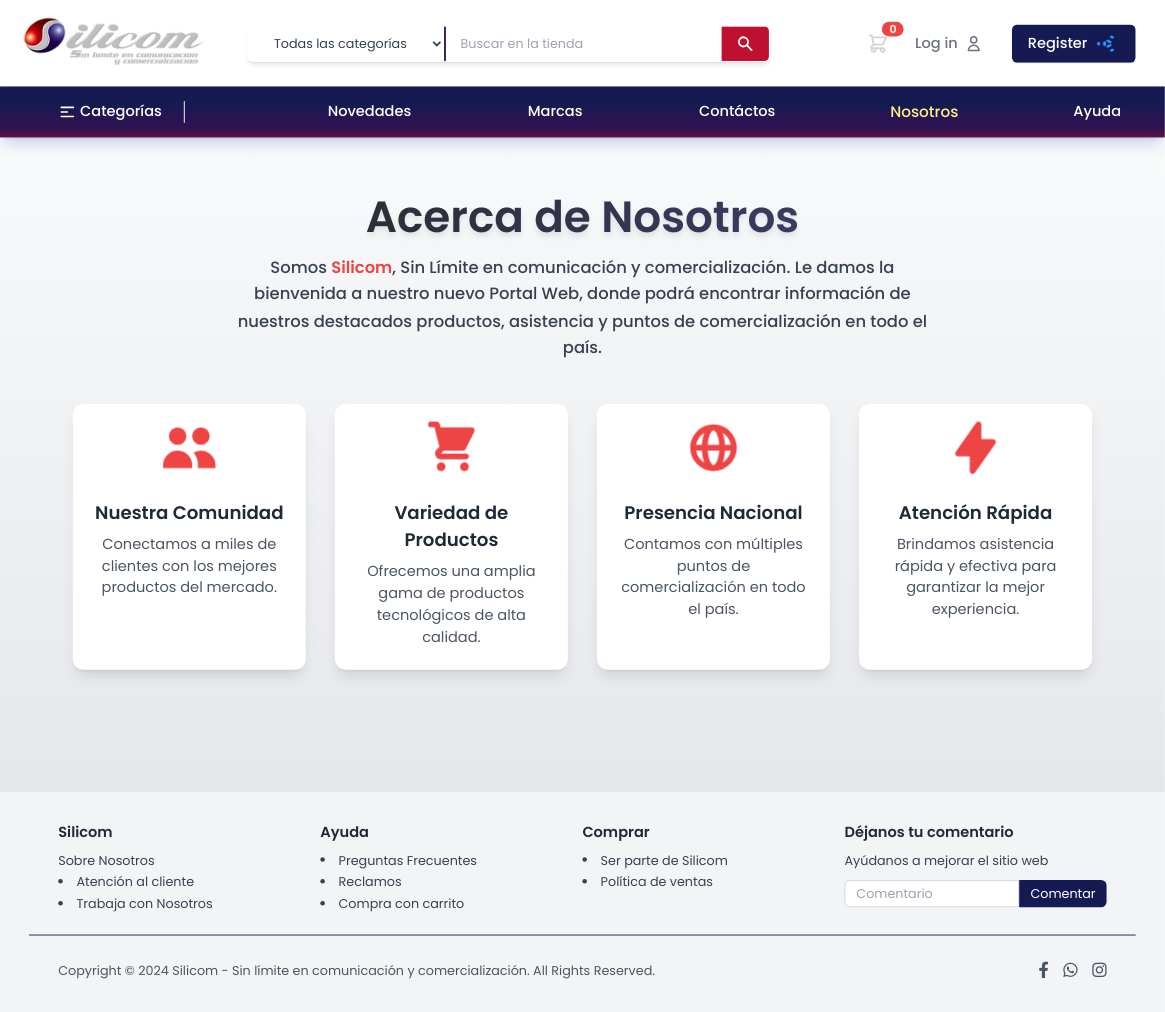
Repository: Francovg18/ecommerce
Page: /about
An editor plug-in stored every save of this project. The page is shown before and after the next save, followed by the edit.
The browser window is 1280 px wide. The pictures show the whole page, at 91% of full size.
The page's requests for data from a server got no answer. The project was rebuilt for these pictures with package versions that can differ from the ones it lists, and the page was loaded fresh each time. No one was signed in, and anything a server would have sent is missing. Also part of the build but not shown: src/components/home/Banner.js, src/components/home/ProductsArrival.js, src/components/home/ProductsSold.js, src/redux/actions/brands.js, src/components/home/Brand.js, src/components/home/Product.js, src/containers/Home.jsx, src/containers/errors/Error404.jsx and 40 more.

Above is the page before, as saved 2025-01-29 20:23:09.

### public/index.html
<!DOCTYPE html>
<html lang="en">
  <head>
    <meta charset="utf-8" />
    <link rel="icon" href="%PUBLIC_URL%/favicon.ico" />
    <meta name="viewport" content="width=device-width, initial-scale=1" />
    <meta name="theme-color" content="#000000" />
    <meta name="description" content="Web site created using create-react-app" />
    <link rel="apple-touch-icon" href="%PUBLIC_URL%/logo192.png" />
    <link href="https://fonts.googleapis.com/css2?family=Poppins:wght@400;500;600&display=swap" rel="stylesheet">
    <link
  rel="stylesheet"
  href="https://cdnjs.cloudflare.com/ajax/libs/font-awesome/6.0.0-beta3/css/all.min.css"
/>

    <!--
      manifest.json provides metadata used when your web app is installed on a
      user's mobile device or desktop. See https://developers.google.com/web/fundamentals/web-app-manifest/
    -->
    <link rel="manifest" href="%PUBLIC_URL%/manifest.json" />
    <!--
      Notice the use of %PUBLIC_URL% in the tags above.
      It will be replaced with the URL of the `public` folder during the build.
      Only files inside the `public` folder can be referenced from the HTML.

      Unlike "/favicon.ico" or "favicon.ico", "%PUBLIC_URL%/favicon.ico" will
      work correctly both with client-side routing and a non-root public URL.
      Learn how to configure a non-root public URL by running `npm run build`.
    -->
    <title>React App</title>
  </head>
  <body>
    <noscript>You need to enable JavaScript to run this app.</noscript>
    <div id="root"></div>
    <!--
      This HTML file is a template.
      If you open it directly in the browser, you will see an empty page.

      You can add webfonts, meta tags, or analytics to this file.
      The build step will place the bundled scripts into the <body> tag.

      To begin the development, run `npm start` or `yarn start`.
      To create a production bundle, use `npm run build` or `yarn build`.
    -->
  </body>
</html>

### src/index.js
import React from 'react';
import ReactDOM from 'react-dom/client';
import './style/index.css';
import App from './App';

const root = ReactDOM.createRoot(document.getElementById('root'));
root.render(
  <React.StrictMode>
    <App />
  </React.StrictMode>
);

### src/store.js
import { createStore, applyMiddleware } from 'redux';
import { composeWithDevTools } from '@redux-devtools/extension';
import { thunk } from 'redux-thunk';
import rootReducer from './redux/reducers';

const initialState = {};
const middleware = [thunk];
const store = createStore(
    rootReducer,
    initialState,
    composeWithDevTools(applyMiddleware(...middleware))
);

export default store;

### src/containers/pages/About.jsx
import React from 'react';
import Layout from '../../hocs/Layout';
import { UsersIcon, ShoppingCartIcon, GlobeAltIcon, LightningBoltIcon } from '@heroicons/react/solid';

function About() {
  return (
    <Layout>
      <div className="bg-gradient-to-b from-gray-50 to-gray-200 min-h-screen py-16 px-6 sm:px-12 lg:px-20">
        <div className="text-center max-w-3xl mx-auto">
          <h1 className="text-5xl font-extrabold bg-gradient-to-r from-black to-midnight-blue bg-clip-text text-transparent drop-shadow-lg animate-pulse">
            Acerca de Nosotros
          </h1>
          <p className="mt-4 text-lg text-gray-700 font-medium leading-relaxed animate-fade-in">
            Somos <span className="text-red-500 font-bold">Silicom</span>, Sin Límite en comunicación y comercialización. Le damos la bienvenida a nuestro nuevo Portal Web,
            donde podrá encontrar información de nuestros destacados productos, asistencia y puntos de comercialización en todo el país.
          </p>
        </div>

        <div className="mt-12 grid grid-cols-1 md:grid-cols-2 lg:grid-cols-4 gap-8">
          {[
            { icon: UsersIcon, title: "Nuestra Comunidad", text: "Conectamos a miles de clientes con los mejores productos del mercado." },
            { icon: ShoppingCartIcon, title: "Variedad de Productos", text: "Ofrecemos una amplia gama de productos tecnológicos de alta calidad." },
            { icon: GlobeAltIcon, title: "Presencia Nacional", text: "Contamos con múltiples puntos de comercialización en todo el país." },
            { icon: LightningBoltIcon, title: "Atención Rápida", text: "Brindamos asistencia rápida y efectiva para garantizar la mejor experiencia." }
          ].map((item, index) => (
            <div key={index} className="bg-white p-6 rounded-xl shadow-lg text-center transition-transform transform hover:scale-105 hover:shadow-2xl">
              <item.icon className="w-16 h-16 text-red-500 mx-auto animate-bounce" />
              <h3 className="text-xl font-semibold mt-4 text-gray-800">{item.title}</h3>
              <p className="text-gray-600 mt-2">{item.text}</p>
            </div>
          ))}
        </div>
      </div>
    </Layout>
  );
}

export default About;

### src/redux/reducers/index.js
import { combineReducers } from 'redux';
import Auth from './auth';
import Alert from './alert';
import Categories from './categories';
import Products from './products';
import Cart from './cart';
import Shipping from './shipping'
import Payment from './payment';
import Orders from './orders';
import Coupons from './coupons';
import Profile from './profile';
import Wishlist from './wishlist';
import Reviews from './reviews';
import Brands from './brands';
export default combineReducers({
    Auth,
    Alert,
    Categories,
    Products,
    Cart,
    Shipping,
    Payment,
    Orders,
    Coupons,
    Profile,
    Wishlist,
    Reviews,
    Brands
})

### src/hocs/Layout.js
import { ToastContainer } from 'react-toastify';
import 'react-toastify/dist/ReactToastify.css';
import { check_authenticated, load_user, refresh } from '../redux/actions/auth';
import {
    get_items,
    get_total,
    get_item_total
} from "../redux/actions/cart";

import {
    get_user_profile
} from "../redux/actions/profile";

import { useEffect } from 'react';
import { connect } from 'react-redux';
import Navbar from '../components/navigation/Navbar';
import Footer from '../components/navigation/Footer';

const Layout = (props) => {

    useEffect(() => {
        props.refresh()
        props.check_authenticated()
        props.load_user()
        props.get_items()
        props.get_total()
        props.get_item_total()
        props.get_user_profile()
    }, []);

    return(
        <div>
            <Navbar/>
            <ToastContainer autoClose={5000} />
            {props.children}
            <Footer/>
        </div>
    )
}


export default connect(null, {
    check_authenticated,
    load_user,
    refresh,
    get_items,
    get_total,
    get_item_total,
    get_user_profile
}) (Layout)

### src/redux/actions/categories.js
import axios from 'axios';
import {
    GET_CATEGORIES_SUCCESS,
    GET_CATEGORIES_FAIL,
} from './types';

export const get_categories = () => async dispatch => {
    const config = {
        headers: {
            'Accept': 'application/json'
        }
    };

    try {
        const res = await axios.get(`${process.env.REACT_APP_API_URL}/api/category/categories`, config);

        if (res.status >= 200 && res.status < 300) {
            dispatch({
                type: GET_CATEGORIES_SUCCESS,
                payload: res.data
            });
        } else {
            console.error('Error: Unexpected response status', res.status);
            dispatch({
                type: GET_CATEGORIES_FAIL
            });
        }
    } catch (err) {
        console.error('Error fetching categories:', err.message);
        dispatch({
            type: GET_CATEGORIES_FAIL
        });
    }
};

### src/redux/actions/alert.js
import{
    SET_ALERT,
    REMOVE_ALERT,
} from './types';

export const setAlert = (msg, alertType, timeout = 5000) => dispatch =>{
    dispatch({
        type: SET_ALERT,
        payload: {msg, alertType}
    });
    setTimeout(() => dispatch({ type: REMOVE_ALERT }), timeout);
}

### src/redux/reducers/alert.js
import {
    SET_ALERT,
    REMOVE_ALERT,
} from '../actions/types';

const initialState = {
    alert: null
};

export default function Alert(state = initialState, action) {
    const { type, payload } = action;

    switch(type) {
        case SET_ALERT:
            return {
                ...state,
                alert: payload
            };
        case REMOVE_ALERT:
            return {
                ...state,
                alert: null
            }
        default:
            return state
    };
}

### src/redux/reducers/categories.js
import {
    GET_CATEGORIES_SUCCESS,
    GET_CATEGORIES_FAIL
} from '../actions/types';

const initialState = {
    categories: null
};

export default function Categories(state = initialState, action) {
    const { type, payload } = action;

    switch(type) {
        case GET_CATEGORIES_SUCCESS:
            return {
                ...state,
                categories: payload.categories
            }
        case GET_CATEGORIES_FAIL:
            return {
                ...state,
                categories: null
            }
        default:
            return state
    }
}

### src/redux/reducers/shipping.js
import {
    GET_SHIPPING_OPTIONS_SUCCESS,
    GET_SHIPPING_OPTIONS_FAIL
} from '../actions/types';

const initialState = {
    shipping: null,
};

export default function Shipping(state = initialState, action) {
    const { type, payload } = action;

    switch(type) {
        case GET_SHIPPING_OPTIONS_SUCCESS:
            return {
                ...state,
                shipping: payload.shipping_options
            }
        case GET_SHIPPING_OPTIONS_FAIL:
            return {
                ...state,
                shipping: null
            }
        default:
            return state;
    }
};

### src/redux/reducers/orders.js
import {
    GET_ORDERS_SUCCESS,
    GET_ORDERS_FAIL,
    GET_ORDER_DETAIL_SUCCESS,
    GET_ORDER_DETAIL_FAIL
} from '../actions/types';

const initialState = {
    orders: null,
    order: null
};


export default function Orders(state = initialState, action) {
    const { type, payload } = action;

    switch(type) {
        case GET_ORDERS_SUCCESS:
            return {
                ...state,
                orders: payload.orders
            }
        case GET_ORDERS_FAIL:
            return {
                ...state,
                orders: []
            }
        case GET_ORDER_DETAIL_SUCCESS:
            return {
                ...state,
                order: payload.order
            }
        case GET_ORDER_DETAIL_FAIL:
            return {
                ...state,
                order: {}
            }
        default:
            return state;
    }
}

### src/redux/reducers/coupons.js
import {
    GET_COUPON_SUCCESS,
    GET_COUPON_FAIL,
} from '../actions/types';

const initialState = {
    coupon: null
};


export default function Coupons(state = initialState, action) {
    const { type, payload } = action;

    switch(type) {
        case GET_COUPON_SUCCESS:
            return {
                ...state,
                coupon: payload.coupon
            }
        case GET_COUPON_FAIL:
            return {
                ...state,
                coupon: null
            }
        default:
            return state;
    }
}

### src/redux/reducers/profile.js
import {
    GET_USER_PROFILE_SUCCESS,
    GET_USER_PROFILE_FAIL,
    UPDATE_USER_PROFILE_SUCCESS,
    UPDATE_USER_PROFILE_FAIL
} from '../actions/types';

const initialState = {
    profile: null
};

export default function Profile(state = initialState, action) {
    const { type, payload } = action;

    switch(type) {
        case GET_USER_PROFILE_SUCCESS:
            return {
                ...state,
                profile: payload.profile
            }
        case GET_USER_PROFILE_FAIL:
            return {
                ...state
            }
        case UPDATE_USER_PROFILE_SUCCESS:
            return {
                ...state,
                profile: payload.profile
            }
        case UPDATE_USER_PROFILE_FAIL:
            return {
                ...state
            }
        default:
            return state
    }
}

### src/redux/reducers/wishlist.js
import {
    GET_WISHLIST_ITEMS_SUCCESS,
    GET_WISHLIST_ITEMS_FAIL,
    ADD_WISHLIST_ITEM_SUCCESS,
    ADD_WISHLIST_ITEM_FAIL,
    GET_WISHLIST_ITEM_TOTAL_SUCCESS,
    GET_WISHLIST_ITEM_TOTAL_FAIL,
    REMOVE_WISHLIST_ITEM_SUCCESS,
    REMOVE_WISHLIST_ITEM_FAIL,
    CLEAR_WISHLIST,
} from '../actions/types';

const initialState = {
    items: null,
    total_items: 0
};

export default function Wishlist(state = initialState, action) {
    const { type, payload } = action;

    switch(type) {
        case GET_WISHLIST_ITEMS_SUCCESS:
            return {
                ...state,
                items: payload.wishlist
            }
        case GET_WISHLIST_ITEMS_FAIL:
            return {
                ...state,
            }
        case ADD_WISHLIST_ITEM_SUCCESS:
            return {
                ...state,
                items: payload.wishlist
            }
        case ADD_WISHLIST_ITEM_FAIL:
            return {
                ...state,
            }
        case GET_WISHLIST_ITEM_TOTAL_SUCCESS:
            return {
                ...state,
                total_items: payload.total_items
            }
        case GET_WISHLIST_ITEM_TOTAL_FAIL:
            return {
                ...state
            }
            case REMOVE_WISHLIST_ITEM_SUCCESS:
                return {
                    ...state,
                    items: state.items.filter(item => item.product_id !== payload)
                }

        case REMOVE_WISHLIST_ITEM_FAIL:
            return {
                ...state
            }
        case CLEAR_WISHLIST:
            return {
                ...state,
                items: [],
                total_items: 0
            }
        default:
            return state
    }
}

### src/redux/reducers/reviews.js
import {
    GET_REVIEWS_SUCCESS,
    GET_REVIEWS_FAIL,
    GET_REVIEW_SUCCESS,
    GET_REVIEW_FAIL,
    CREATE_REVIEW_SUCCESS,
    CREATE_REVIEW_FAIL,
    UPDATE_REVIEW_SUCCESS,
    UPDATE_REVIEW_FAIL,
    DELETE_REVIEW_SUCCESS,
    DELETE_REVIEW_FAIL,
    FILTER_REVIEWS_SUCCESS,
    FILTER_REVIEWS_FAIL,
} from '../actions/types';

const intitialState = {
    review: null,
    reviews: null
};

export default function Reviews(state = intitialState, action) {
    const { type, payload } = action;

    switch(type) {
        case GET_REVIEWS_SUCCESS:
            return {
                ...state,
                reviews: payload.reviews
            }
        case GET_REVIEWS_FAIL:
            return {
                ...state,
                reviews: []
            }
        case GET_REVIEW_SUCCESS:
            return {
                ...state,
                review: payload.review
            }
        case GET_REVIEW_FAIL:
            return {
                ...state,
                review: {}
            }
        case CREATE_REVIEW_SUCCESS:
            return {
                ...state,
                review: payload.review,
                reviews: payload.reviews
            }
        case CREATE_REVIEW_FAIL:
            return {
                ...state,
                review: {}
            }
        case UPDATE_REVIEW_SUCCESS:
            return {
                ...state,
                review: payload.review,
                reviews: payload.reviews
            }
        case UPDATE_REVIEW_FAIL:
            return {
                ...state
            }
        case DELETE_REVIEW_SUCCESS:
            return {
                ...state,
                review: {},
                reviews: payload.reviews
            }
        case DELETE_REVIEW_FAIL:
            return {
                ...state
            }
        case FILTER_REVIEWS_SUCCESS:
            return {
                ...state,
                reviews: payload.reviews
            }
        case FILTER_REVIEWS_FAIL:
            return {
                ...state
            }
        default:
            return state
    }


}

### src/redux/reducers/brands.js
import {
    GET_BRANDS_SUCCESS,
    GET_BRANDS_FAIL
} from '../actions/types';

const initialState = {
    brands: null
};

export default function Brands(state = initialState, action) {
    const { type, payload } = action;

    switch (type) {
        case GET_BRANDS_SUCCESS:
            return {
                ...state,
                brands: payload.brands // Ajusta si `payload` tiene otra estructura
            };
        case GET_BRANDS_FAIL:
            return {
                ...state,
                brands: null
            };
        default:
            return state;
    }
}

### src/components/alert.js
import {Fragment} from 'react'
import {connect} from 'react-redux'

import { CheckCircleIcon } from '@heroicons/react/solid'

function Alert ({ alert }) {

    const displayAlert = () => {
        if (alert !== null){
            return (
                <div className={`rounded-md bg-${alert.alertType}-50 p-4`}>
                <div className="flex">
                    <div className="flex-shrink-0">
                    <CheckCircleIcon className={`h-5 w-5 text-${alert.alertType}-400`} aria-hidden="true" />
                    </div>
                    <div className="ml-3">
                    <p className={`text-sm font-medium text-${alert.alertType}-800`}>{alert.msg}</p>
                    </div>
                </div>
                </div>
            )
        } else {
            return(
                <Fragment></Fragment>
            )
        }
    }

    return (
        <Fragment>
            {displayAlert()}
        </Fragment>
    )
}

const mapStateToProps = state => ({
    alert: state.Alert.alert
})

export default connect(mapStateToProps)(Alert)

### src/components/navigation/SearchBox.js
import { SearchIcon } from '@heroicons/react/solid';

const SearchBox = ({ categories, search, onChange, onSubmit }) => {
  return (
    <form
      onSubmit={(e) => onSubmit(e)}
      className="flex items-center border border-white rounded-md shadow-md overflow-hidden w-full max-w-3xl mx-auto"
    >
      {/* Dropdown de categorías (visible solo en pantallas grandes) */}
      <div className="hidden lg:block relative">
        <select
          onChange={(e) => onChange(e)}
          name="category_id"
          className="h-full text-sm text-gray-700 bg-white border-r-2 border-purple-night px-6 py-2 outline-none focus:ring-deep-rose"
        >
          <option value={0}>Todas las categorías</option>
          {categories &&
            categories.map((category, index) => (
              <option key={index} value={category.id}>
                {category.name}
              </option>
            ))}
        </select>
      </div>

      {/* Campo de búsqueda */}
      <input
        type="search"
        name="search"
        onChange={(e) => onChange(e)}
        value={search}
        required
        className="flex-grow text-sm text-gray-700 bg-white px-4 py-2 outline-none focus:ring-purple-night focus:border-crimson-red w-full"
        placeholder="Buscar en la tienda"
      />

      {/* Botón de envío */}
      <button
        type="submit"
        className="flex items-center justify-center h-full bg-crimson-red hover:bg-deep-rose text-white px-4 py-2"
      >
        <SearchIcon className="h-5 w-5" aria-hidden="true" />
      </button>
    </form>
  );
};

export default SearchBox;

### tailwind.config.js
/** @type {import('tailwindcss').Config} */
module.exports = {
  content: [
    "./src/**/*.{js,jsx,ts,tsx}",
  ],
  theme: {
    extend: {
      colors: {
        "midnight-blue": '#151b52',
        "purple-night": '#2A1350',
        "crimson-red": '#C0102F',
        "deep-rose": '#8D113B',
        "dark-burgundy": '#751240',
        "royal-purple": '#5D1245',
      },
      backgroundImage: {
        'custom-gradient': 'linear-gradient(to bottom, #151b52, #151b50, #151b50, #2A1351, #2A1351, #5D1245)',
      },
      fontFamily: {
        sans: ['Poppins', 'sans-serif'],
      },
      keyframes: {
        'gradient-x': {
          '0%, 100%': { backgroundPosition: '0% 50%' },
          '50%': { backgroundPosition: '100% 50%' },
        },
      },
      animation: {
        'gradient-x': 'gradient-x 8s ease infinite',
      },
      boxShadow: {
        navbar: "0px 4px 20px 6px rgba(28, 105, 192, 0.85), 0 1px 2px -1px rgba(3, 3, 4, 0.03)",
        menuHover: "0px 6px 15px 3px rgba(0, 0, 0, 0.15)",
      },
      fontSize: {
        'xl': '1.25rem',
        '2xl': '1.5rem',
      },
    },
  },
  plugins: [
    function({ addUtilities }) {
      const extendUnderline = {
        '.underline': {
          textDecoration: 'underline',
          textDecorationColor: '#121740',
        },
      };
      addUtilities(extendUnderline);
    },
  ],
};

Loaded but not shown: src/style/index.css (common file); src/components/navigation/Navbar.js (476 lines, source omitted); src/redux/actions/cart.js (399 lines, source omitted); src/redux/actions/auth.js (387 lines, source omitted); src/redux/actions/types.js (136 lines, source omitted); src/redux/actions/products.js (256 lines, source omitted); src/redux/reducers/cart.js (158 lines, source omitted); src/redux/reducers/products.js (118 lines, source omitted); src/App.js (79 lines, source omitted); src/components/navigation/Footer.js (81 lines, source omitted); src/redux/reducers/auth.js (113 lines, source omitted); src/redux/actions/profile.js (91 lines, source omitted); src/redux/reducers/payment.js (89 lines, source omitted)

After the next save:
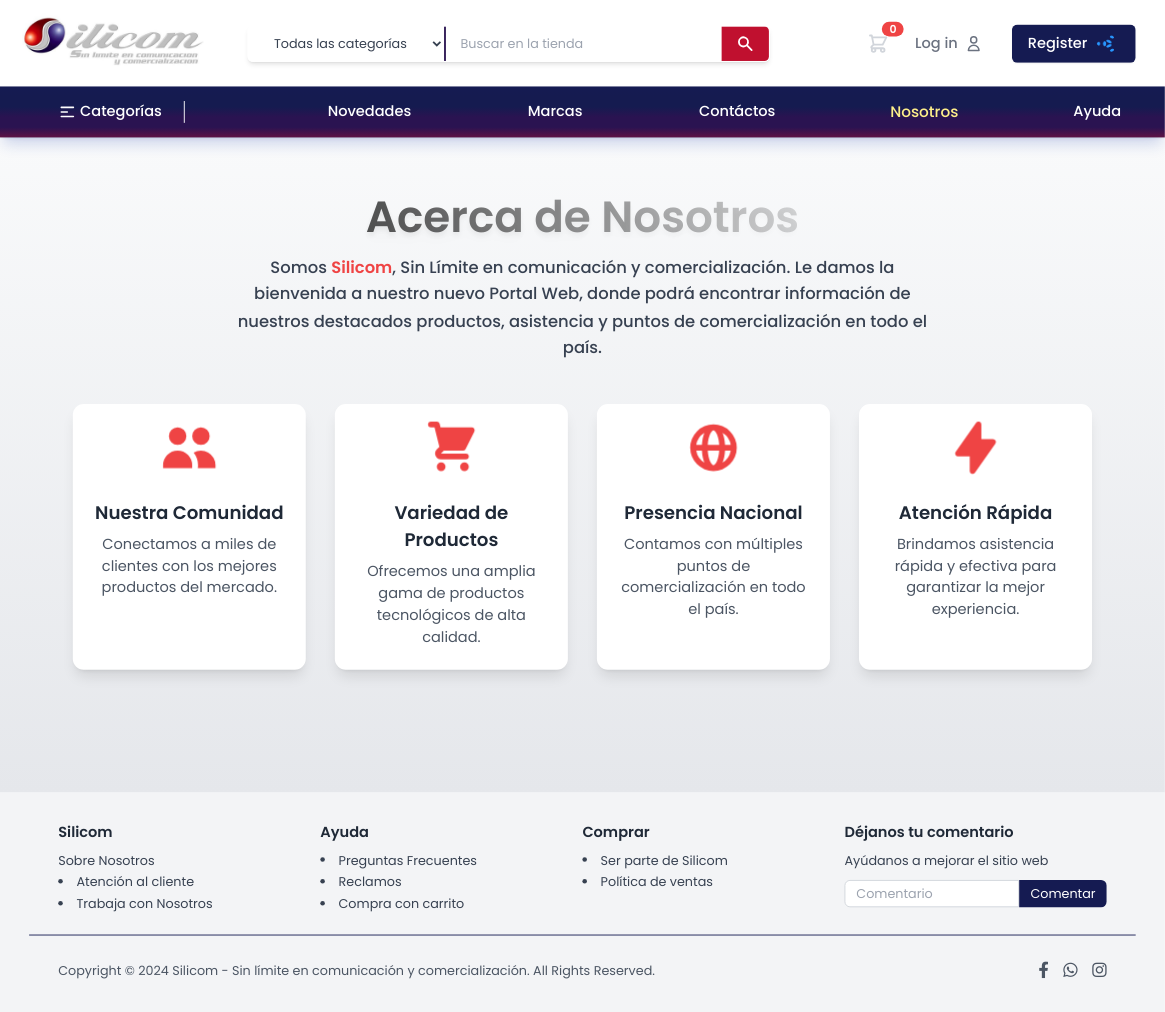
Saved 4 s later.
--- a/src/containers/pages/About.jsx
+++ b/src/containers/pages/About.jsx
@@ -7,7 +7,7 @@ function About() {
     <Layout>
       <div className="bg-gradient-to-b from-gray-50 to-gray-200 min-h-screen py-16 px-6 sm:px-12 lg:px-20">
         <div className="text-center max-w-3xl mx-auto">
-          <h1 className="text-5xl font-extrabold bg-gradient-to-r from-black to-midnight-blue bg-clip-text text-transparent drop-shadow-lg animate-pulse">
+          <h1 className="text-5xl font-extrabold bg-gradient-to-r from-black  bg-clip-text text-transparent drop-shadow-lg animate-pulse">
             Acerca de Nosotros
           </h1>
           <p className="mt-4 text-lg text-gray-700 font-medium leading-relaxed animate-fade-in">
